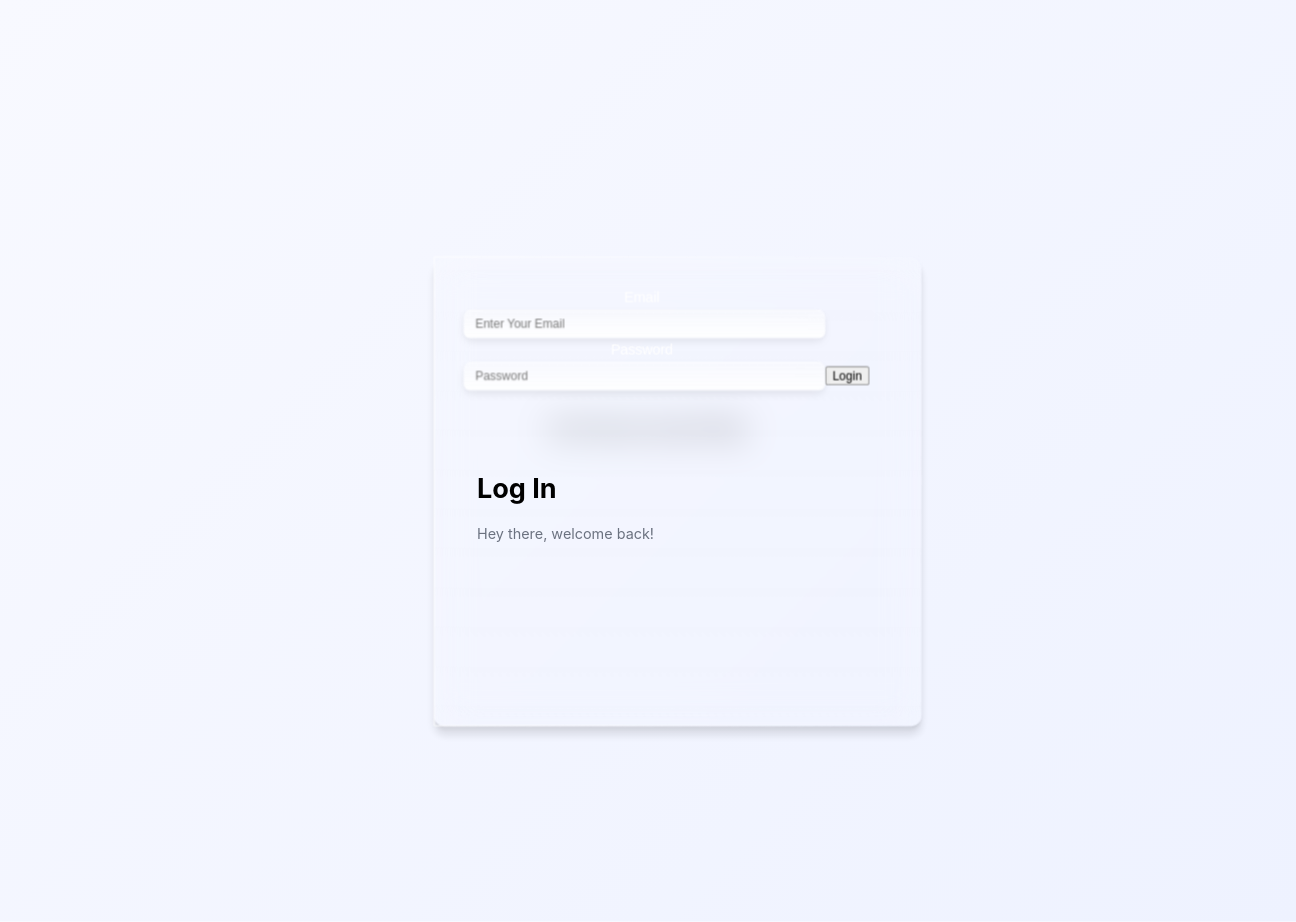
Repository: AfifaNoor/Admin_Panel-React-
Page: /
An editor plug-in stored every save of this project. The page is shown before and after the next save, followed by the edit.
The browser window is 1280 px wide. The page is 1440 px wide, then 1360 px, then 1440 px, so the pictures cover 1440 px, including what lies to the right of the window. The pictures show the whole page, at 90% of full size.
The project was rebuilt for these pictures with package versions that can differ from the ones it lists, and the page was loaded fresh each time. Also part of the build but not shown: src/SignUp.jsx.

Above is the page before, as saved 2025-07-10 16:05:00.

### src/App.js
import React from 'react'
import LoginPage from './LoginPage'
import { RouterProvider } from 'react-router-dom'
import Router from './Router'

const App = () => {
  return (
    <>
      {/* <RouterProvider router={Router}/> */}
      <LoginPage/>
    </>


  )
}

export default App

### src/LoginPage.jsx
import React, { useState } from 'react'
// import {Navigate, useNavigate} from 'react-router-dom';
import "./LoginPage.css"
import { ToastContainer, toast } from 'react-toastify';
import 'react-toastify/dist/ReactToastify.css';

const LoginPage = () => {
    const[email , setEmail]=useState('')
    const [password , setPassword] = useState('')
    // const navigate= useNavigate();

const handleSubmit =(e)=>{
    e.preventDefault();

 const hardcoreMail="login@gmail.com";
 const hardcorePassword = '1234567'

    if (email=== hardcoreMail && password === hardcorePassword){
        alert("Login Successfull")

    }else{
        alert("Invalid Credential")
    }

}



  return (
 <div className="login-container">

      <div className="signup-redirect">
        <p>
          Don’t have an account?{' '}
          {/* <span className="signup-link" onClick={() => navigate('/sign-up')}> */}
            {/* Sign Up */}
          {/* </span> */}
          <span className="signup-link" >
            Sign
          </span>
        </p>
      </div>

      <div className="title">
        <h1>Log In</h1>
        <p>Hey there, welcome back!</p>
      </div>

    <div>



    </div>

      <form className="login-form" onSubmit={handleSubmit}>
      <label className='form-label'>Email</label>
        <input
          type="email"
          className="form-input"
          value={email}
          placeholder="Enter Your Email"
          onChange={(e) => setEmail(e.target.value)}
          required
        />

        <label className='form-label'>Password</label>
        <input
          type="password"
          className="form-input"
          placeholder="Password"
          value={password}
          onChange={(e) => setPassword(e.target.value)}
          required
        />

        <button className="login-btn" type="submit">
          Login
        </button>

        {/* <ToastContainer /> */}
      </form>
    </div>
  );
}

export default LoginPage

### src/Router.jsx
import React from 'react';
import { createBrowserRouter , createRoutesFromElements , Route } from 'react-router-dom';
import LoginPage from './LoginPage';
import SignUp from './SignUp';

const Router = createBrowserRouter(
  createRoutesFromElements(
    <>

      <Route path='/sign-up' element={<SignUp/>}/>
      <Route path='login-page' element={<LoginPage/>}/>
    </>
  )
)

export default Router;

### src/LoginPage.css
.login-container {
  width: 1440px;
  height: 1024px;
  /* background: #FFFFFF; */
  opacity: 1;
  transform: rotate(0deg);
  display: flex;
  justify-content: center;
  align-items: center;
  background: linear-gradient(135deg, #f8f9ff, #eef2ff);
  flex-direction: column;
  /* font-family: 'Inter','sans-serif'; */
  position: relative;


}


.title{
  z-index: 3;
  width: 380px;
  height: 72px;
  opacity: 1;
  gap: 10px;

}

.title h1 {
width: 380px;
height: 40px;
font-family: 'Inter', sans-serif;
font-weight: 600px;
font-size: 30px;
line-height: 40px;
letter-spacing: -1%;
}

.title p{
  font-size: 16px;
  font-style: Inter;
  font-weight: 400px;
  font-style:normal;
  line-height: 22px;
  letter-spacing: -1%;
  color: rgba(107, 114, 128, 1);

}

.login-form{
  width: 476px;
  height: 456px;
  position: absolute;
  top: 284.5px;
  left: 482px;
  border-radius: 12px;
  padding: 32px;
  gap: 10px;
  opacity: 1;
  flex-direction: column;

  z-index: 2;

  background: linear-gradient(180deg, rgba(255, 255, 255, 0) -9.58%, rgba(255, 255, 255, 0.052) 100%);
  border: 1px solid transparent;
  border-image-source: linear-gradient(93.78deg, #FFFFFF 8.04%, rgba(255, 255, 255, 0) 100%);
  border-image-slice: 1;


-webkit-backdrop-filter: blur(20px);
backdrop-filter: blur(20px);

box-shadow:
  0px 10px 10px 0px rgba(0, 0, 0, 0.10),
  0px 4px 4px 0px rgba(0, 0, 0, 0.05),
  0px 1px 0px 0px rgba(0, 0, 0, 0.05),
  inset 0px 20px 50px 0px rgba(255, 255, 255, 0.15);

}

.form-label{
width: 380px;
height: 22px;
transform: rotate(0deg);
opacity: 1;
gap: 12px;

font-family: 'Intern',sans-serif;
font-weight: 500px;
font-size: 16px;
line-height: 22px;
letter-spacing: -0.01em;

color:#FFFFFF;


border: none;
border-radius: 6px;
padding: 2px 8px;
cursor: pointer;
display: inline-flex;
align-items: center;
justify-content: center;

}

.form-input{

 width: 380px;
  height: 20px;
  min-width: 140px;
  max-width: 500px;
  transform: rotate(0deg);
  opacity: 1;
  border-radius: 8px;
  border-width: 1px;
  padding: 5px 8px 5px 12px;
  gap: 8px;

  background: linear-gradient(0deg, rgba(255, 255, 255, 0.9) 0%, rgba(255, 255, 255, 0.4) 100%);
  border: 1px solid transparent; /* fallback for border-image */

  border-image:
    linear-gradient(0deg, rgba(255, 255, 255, 0.1), rgba(255, 255, 255, 0.1)),
    linear-gradient(360deg, rgba(255, 255, 255, 0.5) 0%, rgba(255, 255, 255, 0) 100%);
  border-image-slice: 1;


  -webkit-backdrop-filter: blur(20px);
  backdrop-filter: blur(20px);
  box-shadow: 0 4px 10px rgba(0,0,0,0.08);
  cursor: pointer;
}

Loaded but not shown: public/index.html (common file); src/index.js (common file); src/index.css (common file); src/reportWebVitals.js (common file)

After the next save:
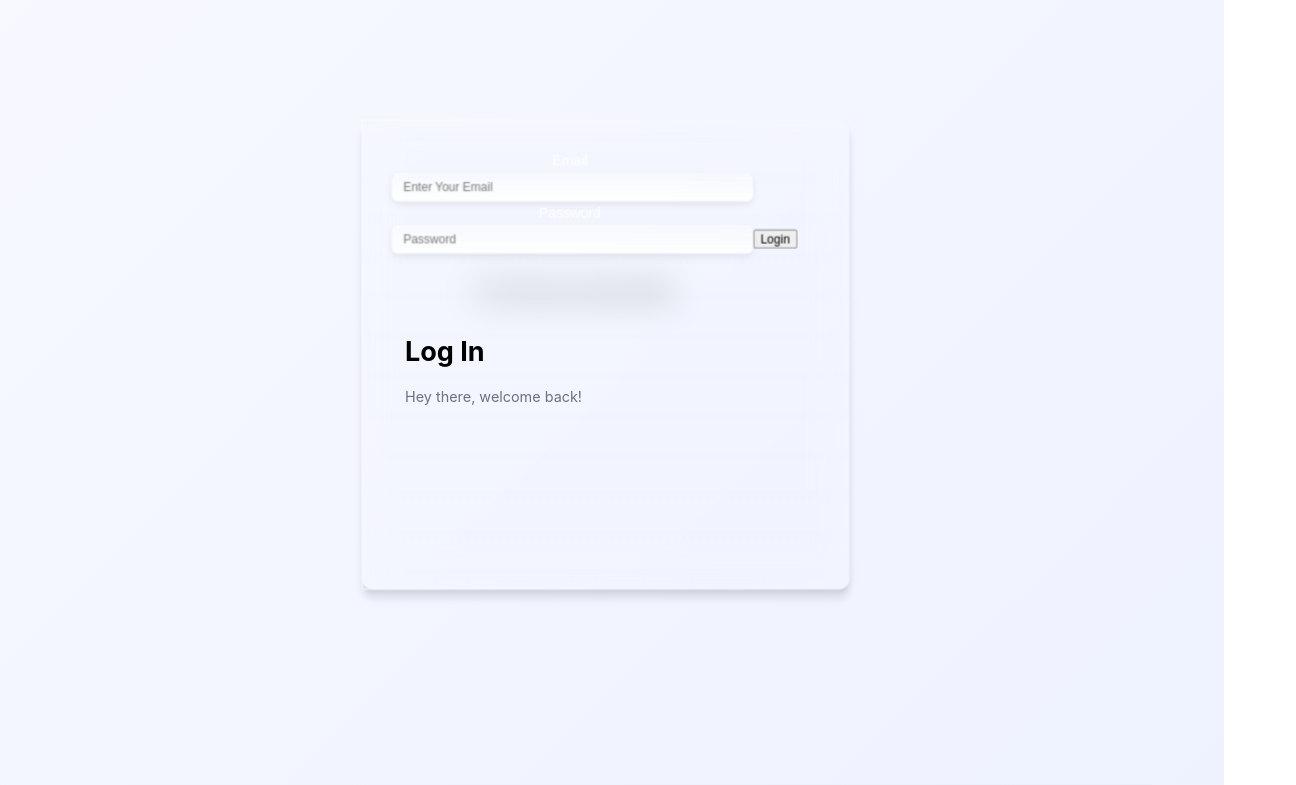
Saved 2 min 16 s later.
--- a/src/LoginPage.css
+++ b/src/LoginPage.css
@@ -1,4 +1,12 @@
-.login-container {
+body {
+  margin: 0;
+  font-family: 'Inter', sans-serif;
+  background: linear-gradient(135deg, #f5f7fa, #c3cfe2);
+  height: 100vh;
+  display: flex;
+  align-items: center;
+  justify-content: center;
+}.login-container {
   width: 1440px;
   height: 1024px;
   /* background: #FFFFFF; */

After the save that followed:
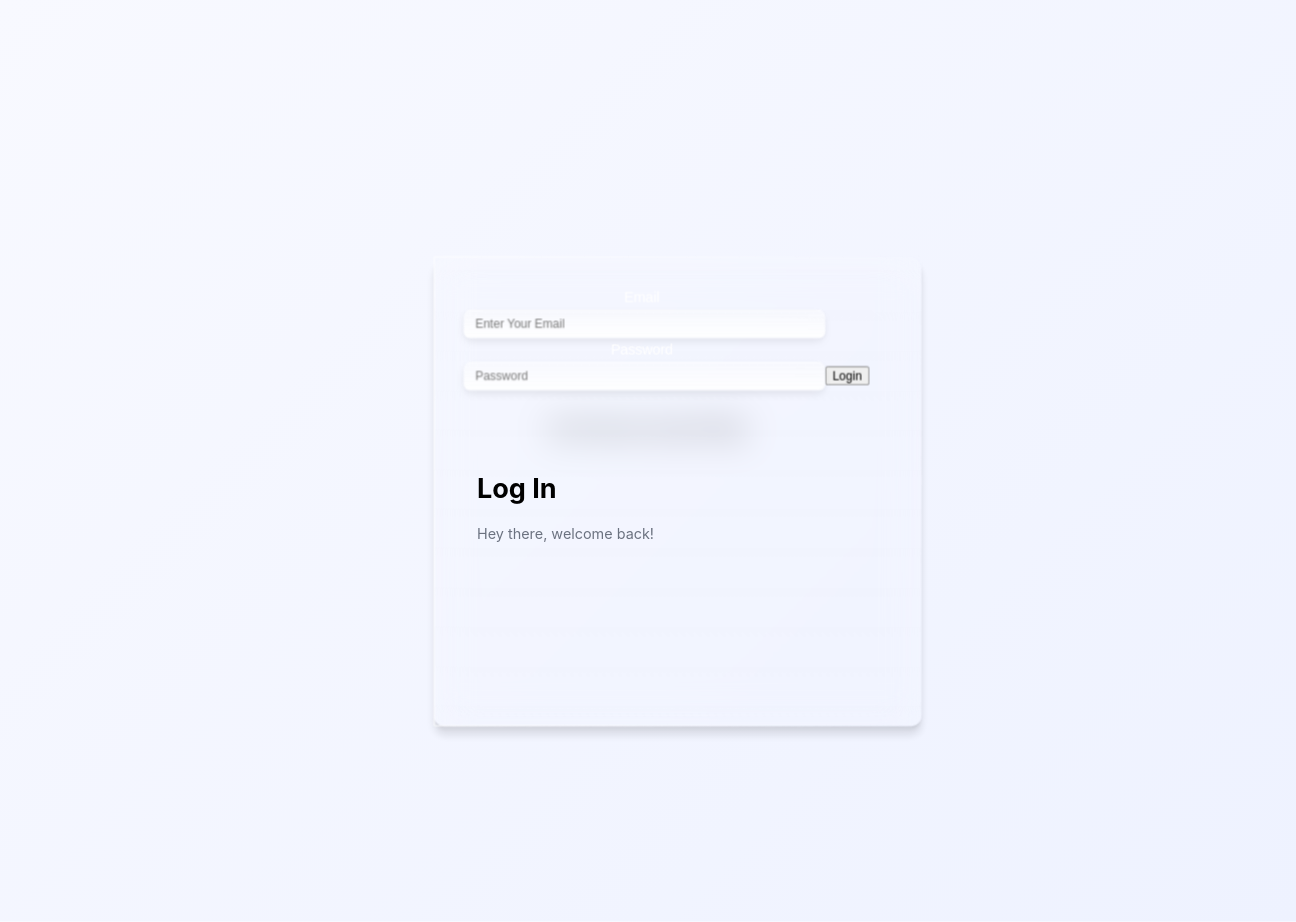
Saved 11 s later.
--- a/src/LoginPage.css
+++ b/src/LoginPage.css
@@ -1,12 +1,4 @@
-body {
-  margin: 0;
-  font-family: 'Inter', sans-serif;
-  background: linear-gradient(135deg, #f5f7fa, #c3cfe2);
-  height: 100vh;
-  display: flex;
-  align-items: center;
-  justify-content: center;
-}.login-container {
+.login-container {
   width: 1440px;
   height: 1024px;
   /* background: #FFFFFF; */
